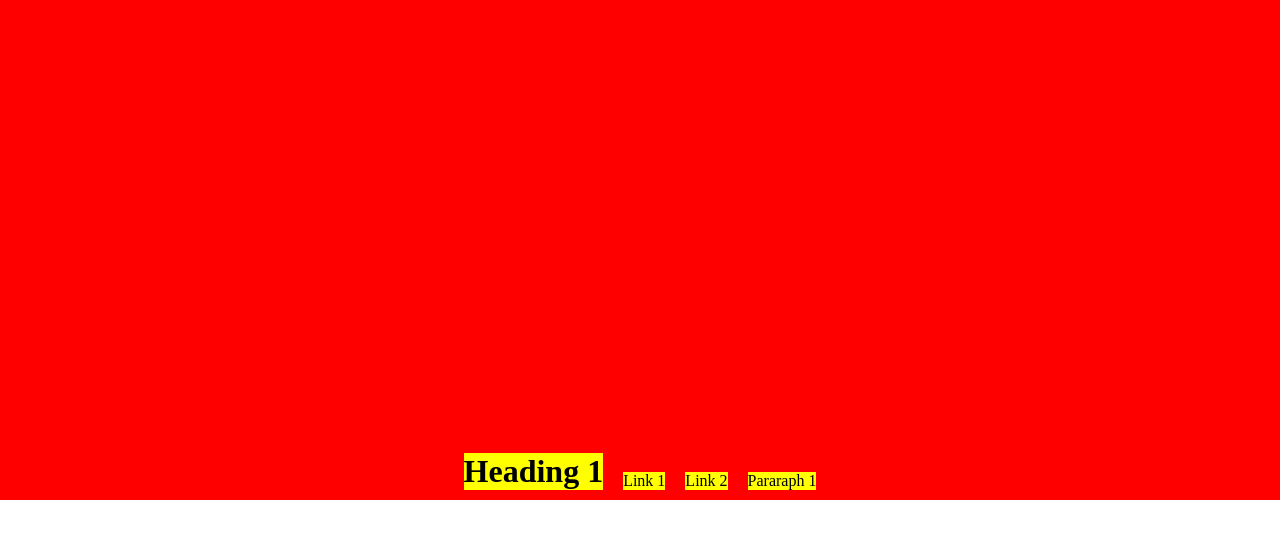
Repository: itz-mohanmadhav-18/Full-stack
Page: Html+css/day-3/flexbox.html
These files come from the project's save history. The page is drawn as it stood at one moment and after the next save; the edit follows.
The browser window is 1280 px wide. The pictures show the whole page.

Above is the page before, as saved 2024-06-14 12:39:39.

After the next save:
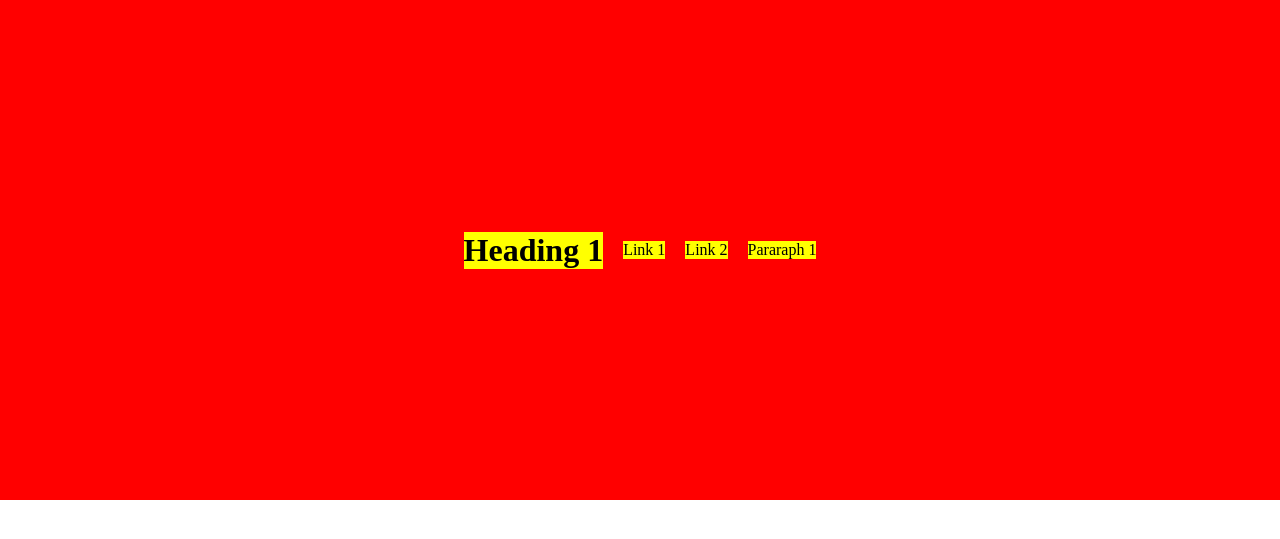
Saved 44 s later.
--- a/Html+css/day-3/flexbox.css
+++ b/Html+css/day-3/flexbox.css
@@ -9,7 +9,7 @@ div{
     height: 500px;
     display: flex;
     flex-direction: row;
-    align-items: flex-end;
+    align-items: center;
     justify-content: center;
 }
 
